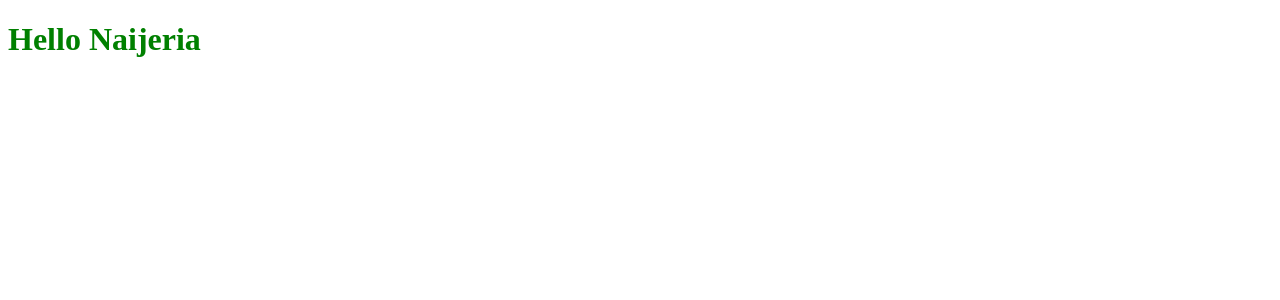
Repository: nashthecoder/vuebasics
Page: control-structures.html
The author's editor kept a copy of each file at every save. The page is drawn from the files as they stood at one save, then again after the next save.
The browser window is 1280 px wide. The pictures show the whole page.

Above is the page before, as saved 2021-01-05 19:58:26.

After the next save:
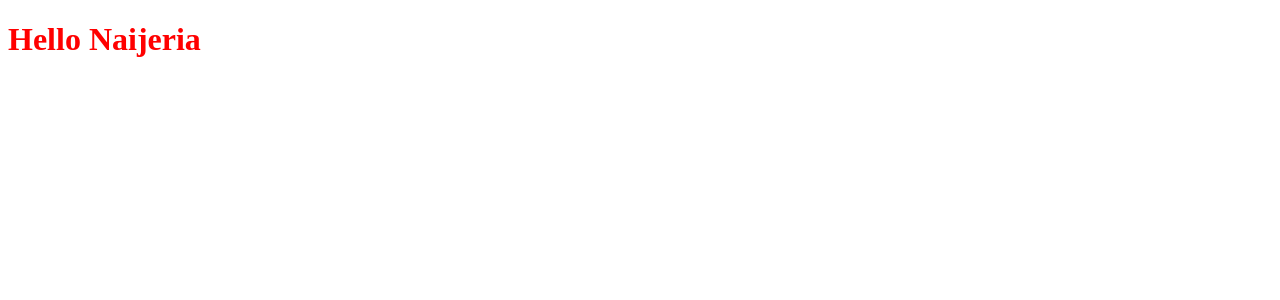
Saved 2 min 52 s later.
--- a/control-structures.html
+++ b/control-structures.html
@@ -7,7 +7,7 @@
 
 <div id="app">
 
-  <h1 class="active">{{ message }}</h1>
+  <h1 class="notActive">{{ message }}</h1>
 
 </div>
 
@@ -16,7 +16,7 @@
 
 <script>
 
-new Vue({
+  let vm = new Vue({
 
     el: '#app',
     data: {

After the save that followed:
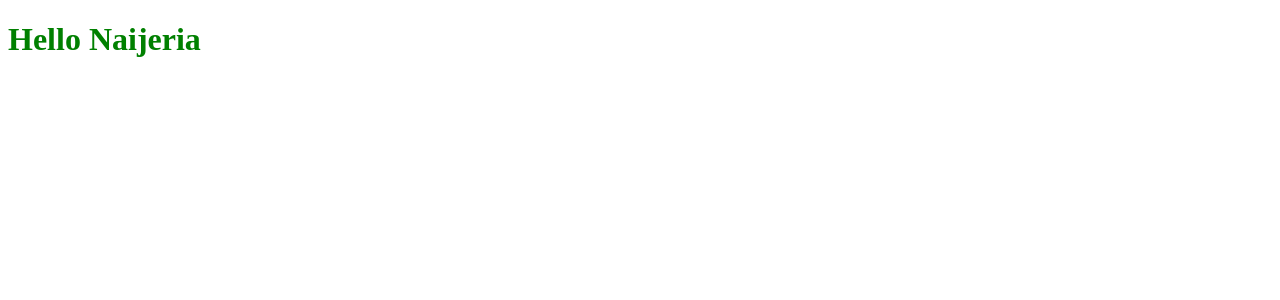
Saved 28 s later.
--- a/control-structures.html
+++ b/control-structures.html
@@ -7,7 +7,7 @@
 
 <div id="app">
 
-  <h1 class="notActive">{{ message }}</h1>
+  <h1 class="active">{{ message }}</h1>
 
 </div>
 
